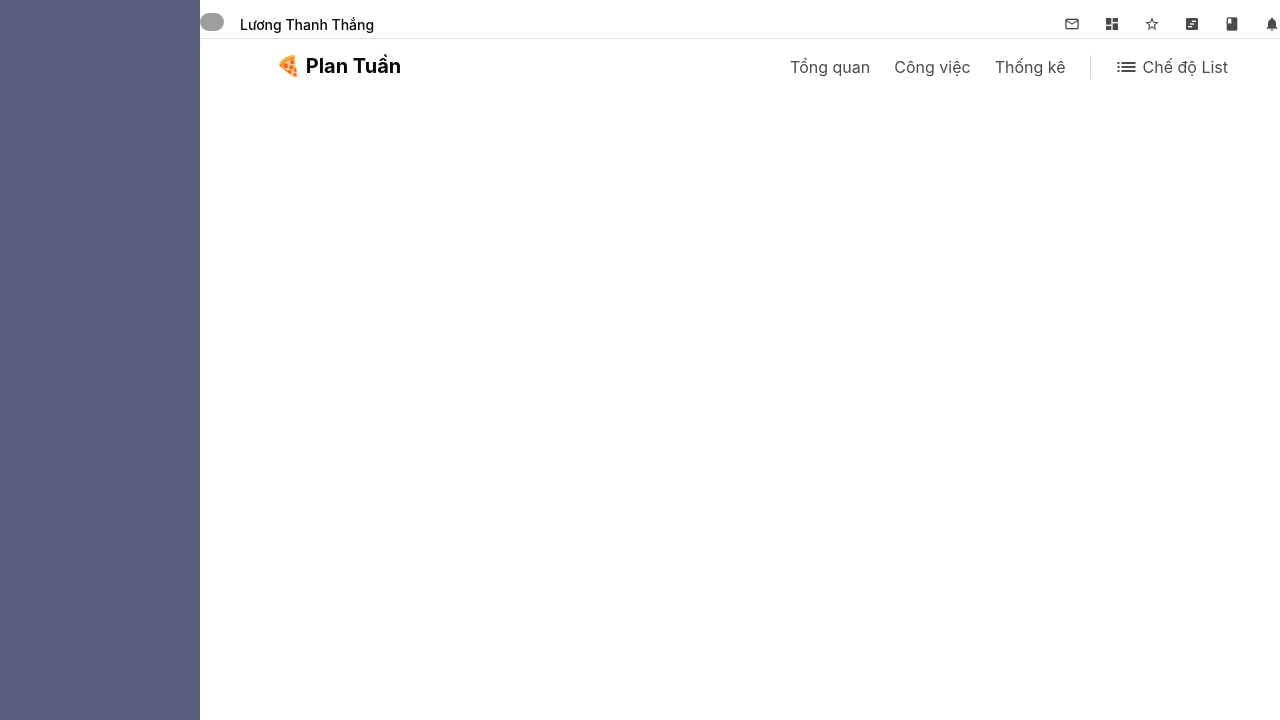
Repository: luongthanhthang/revision-front-end
Page: ke-hoach.html
The author's editor kept a copy of each file at every save. The page is drawn from the files as they stood at one save, then again after a run of saves.
The browser window is 1280 px wide. The pictures show the whole page.
Pictures or frames that could not be fetched are drawn as grey boxes. Some web libraries are served in a nearby version.

Above is the page before, as saved 2023-02-11 11:17:30.

After the next 4 saves:
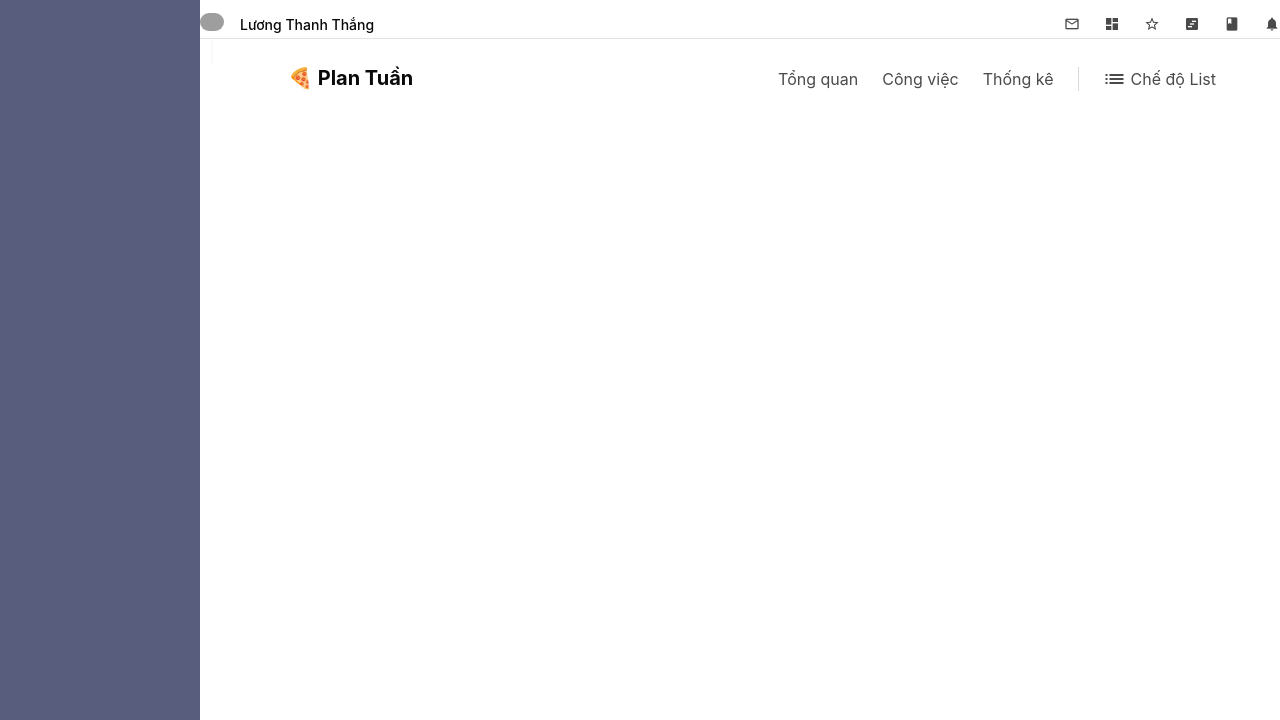
The 4 saves are shown as one change because they came seconds apart.
The last was saved 2 min 25 s later.
--- a/ke-hoach.html
+++ b/ke-hoach.html
@@ -77,7 +77,7 @@
           </ul>
         </header>
 
-        <section class="main-content columns">
+        <section class="main-content columns" style="margin: 0;">
           <div class="nav column is-narrow">
             <div class="py-3 team card">
 
